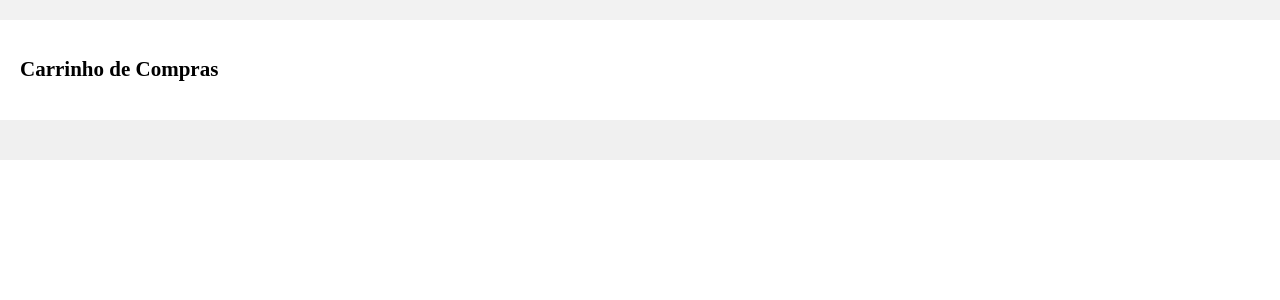
Repository: criadorNovato666/Elba-loja-1
Page: addCart.html
The author's editor kept a copy of each file at every save. The page is drawn from the files as they stood at one save, then again after the next save.
The browser window is 1280 px wide. The pictures show the whole page.

Above is the page before, as saved 2023-12-04 23:24:26.
Console error: TypeError: Cannot read properties of null (reading 'addEventListener')
Not found: css/response.css

### addCart.html
<!DOCTYPE html>
<html lang="pt-BR">
<head>
    <meta charset="UTF-8">
    <meta name="viewport" content="width=device-width, initial-scale=1.0">
    <title>Seu Carrinh</title>

    <link rel="stylesheet" href="css/reset.css">
    <link rel="stylesheet" href="css/response.css">
    <link rel="stylesheet" href="css/style.css">

    <script src="js/script.js"></script>
    <script src="js/addCart.js"></script>

</head>
<body>
    <header>

    </header>
    <main>
        <section id="cart">
            <h2>Carrinho de Compras</h2>
            <ul id="cart-items">
                <!--Itens do carrinho serão exibidos aqui dinamicamente-->
            </ul>
        </section>
    </main>
    <footer>

    </footer>
</body>
</html>

### css/reset.css
body {
  background-color: #ffffff;
  color: #000000;
  font-size: 14px;
  font-family: Times New Roman;
  margin: 0;
  padding: 0;
}

header {
  text-align: center;
  padding: 10px;
  background-color: #f2f2f2;
}

footer {
  text-align: center;
  padding: 10px;
  background-color: #f2f2f2;
}:

### css/style.css
nav {
  display: flex;
  justify-content: center;
  background-color: #333;
  padding: 10px;
}

nav a {
  color: white;
  text-decoration: none;
  padding: 10px;
  margin: 0 10px;
}

section {
  padding: 20px;
}

#cart {
  display: flex;
}

.product {
  border: 1px solid #ddd;
  padding: 10px;
  margin-bottom: 20px;
}

button {
  background-color: #333;
  color: white;
  padding: 5px 10px;
  border: none;
  cursor: pointer;
}

button:hover {
  background-color: #555;
}

#cart-icon {
  font-size: 24px;
  color: #333;
  cursor: pointer;
}

#cart-icon:hover {
  color: #555;
}

footer {
  background-color: #f0f0f0;
  padding: 20px;
}

#contato {
  display: flex;
  justify-content: space-between;
  align-items: center;
  flex-wrap: wrap;
}

svg {
  width: 30px;
  height: 30px;
  margin-right: 15px;
}

p {
  margin: 0;
}

textarea {
  width: 100%;
  margin-top: 10px;
  padding: 5px;
}

### js/script.js
// Função para adicionar o produto ao carrinho
function addToCart(productId) {
    const cartItems = document.getElementById('cart-items');
    const newItem = document.createElement('li');
    newItem.textContent = `Produto ${productId}`;
    cartItems.appendChild(newItem);
    console.log(`Produto ${productId} adicionado ao carrinho.`);
}

// Tornando o carrinho visível e redirecionando para 'carrinho.html'
document.addEventListener('DOMContentLoaded', function () {
    var cartIcon = document.getElementById('cart-icon');

    cartIcon.addEventListener('click', function () {
        // Redirecionar para a página 'carrinho.html'
        window.location.href = 'carrinho.html';
    });
});

Loaded but not shown: js/addCart.js (no stored copy; drawn as an empty file)

After the next save:
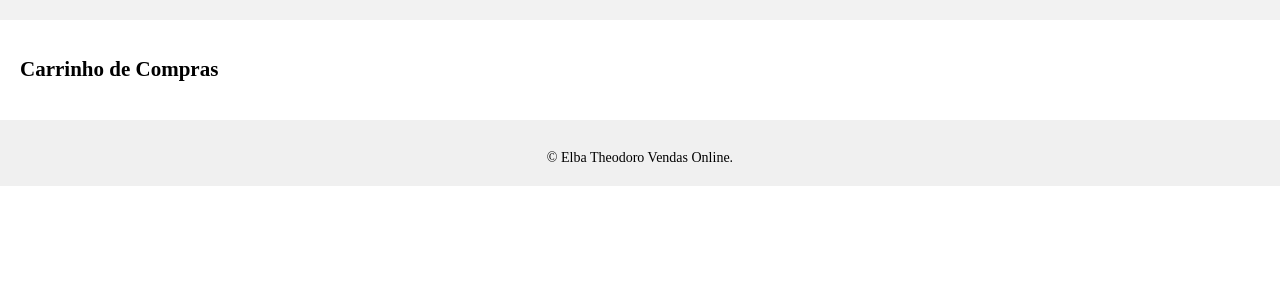
Saved 39 s later.
--- a/addCart.html
+++ b/addCart.html
@@ -26,7 +26,7 @@
         </section>
     </main>
     <footer>
-
+        <p style="padding-top: 10px;">&copy; Elba Theodoro Vendas Online.</p>
     </footer>
 </body>
 </html>
